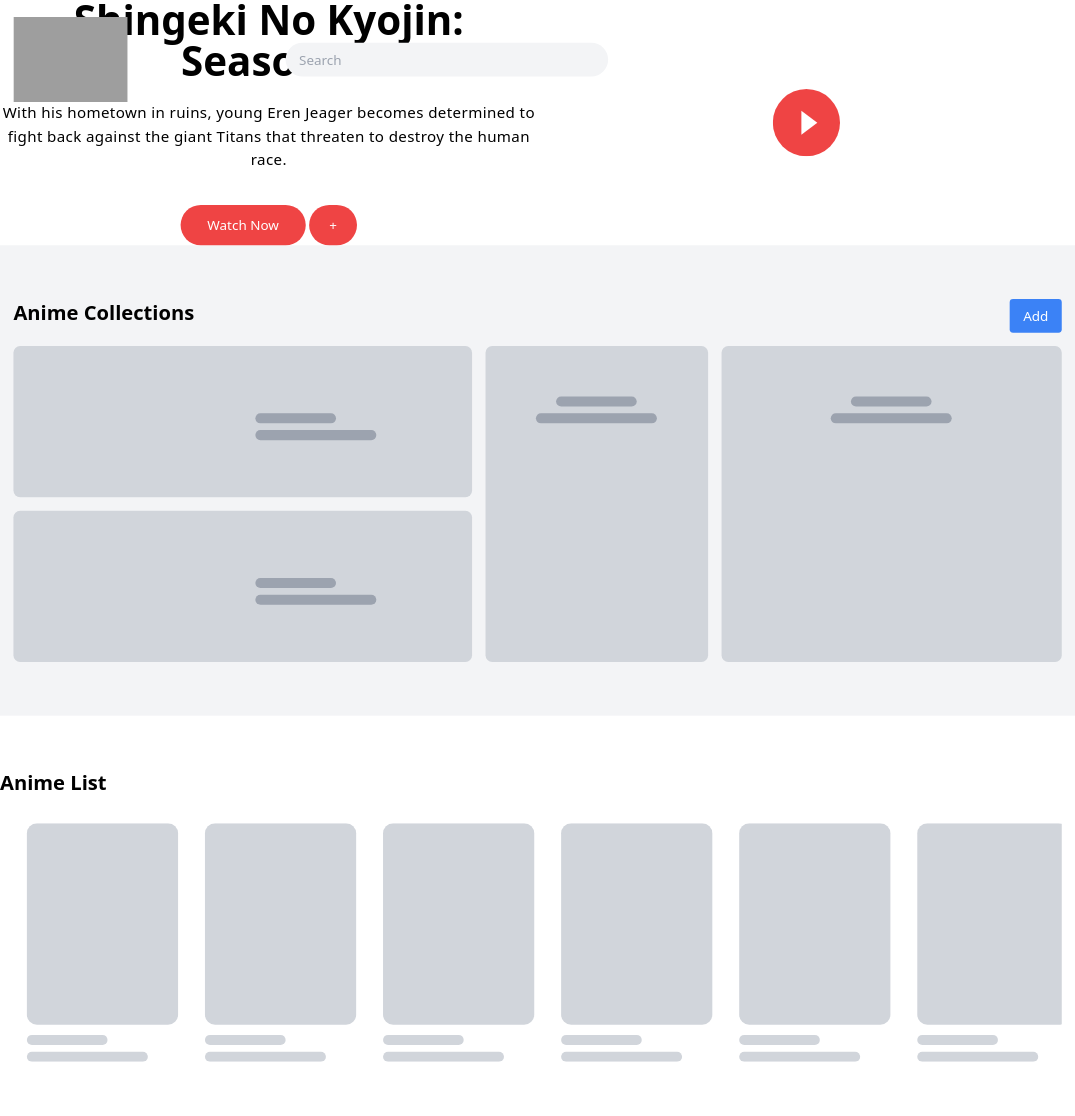
Repository: farrelmuhammad/anime-collections
Page: /
These files come from the project's save history. The page is drawn as it stood at one moment and after the next save; the edit follows.
The browser window is 1280 px wide. The pictures show the whole page, at 84% of full size.
Pictures or frames that could not be fetched are drawn as grey boxes. The page's requests for data from a server got no answer. The project was rebuilt for these pictures with package versions that can differ from the ones it lists, and the page was loaded fresh each time. No one was signed in, and anything a server would have sent is missing. Also part of the build but not shown: src/App.css.

Above is the page before, as saved 2023-08-06 01:53:09.

After the next save:
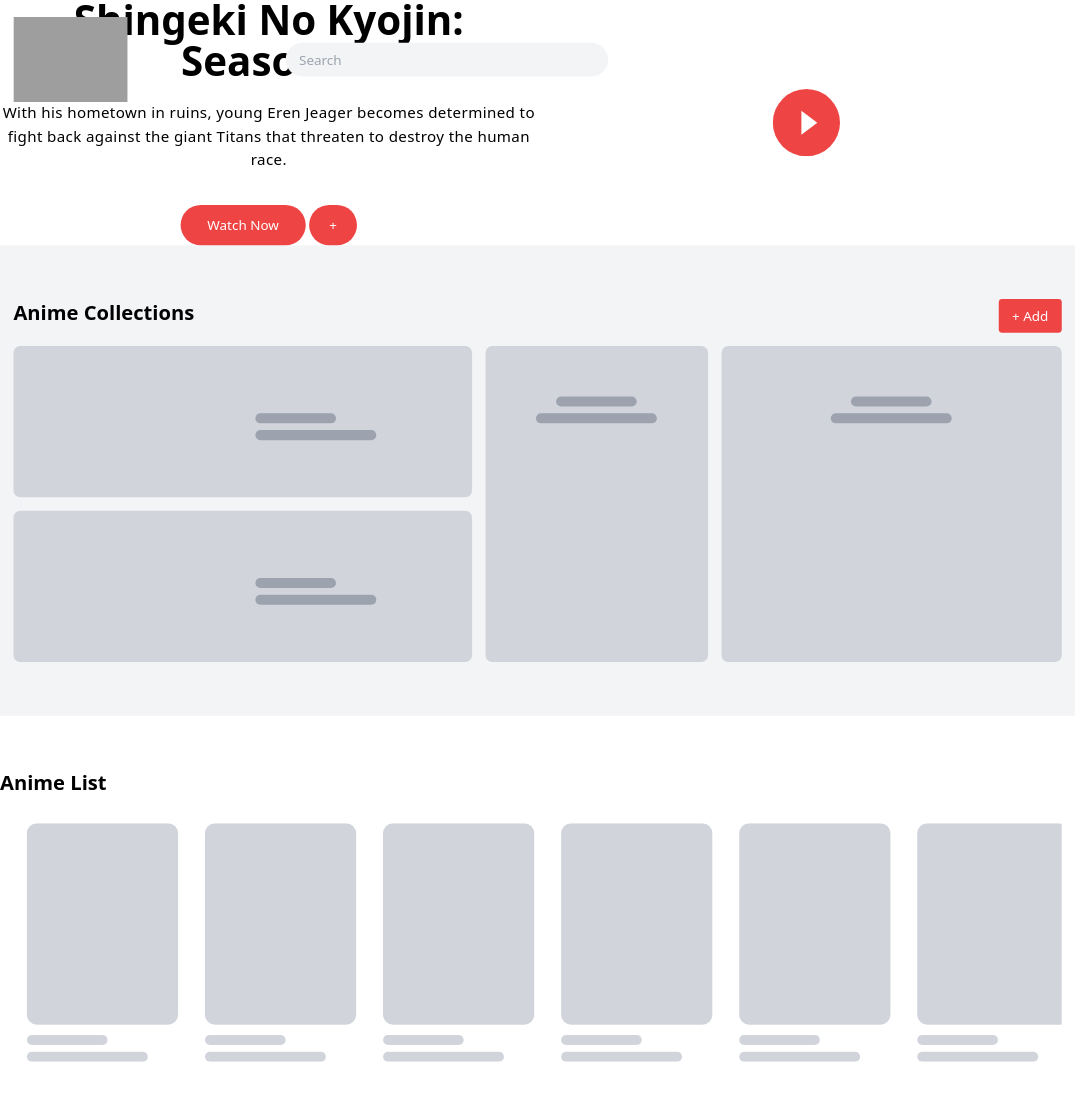
Saved 18 s later.
--- a/src/parts/Home/Categories.tsx
+++ b/src/parts/Home/Categories.tsx
@@ -109,8 +109,8 @@
                     <h3 className="text-2xl capitalize font-semibold">
                         Anime Collections
                     </h3>
-                    <button className="ml-auto bg-blue-500 text-white px-4 py-2 rounded">
-                        Add
+                    <button className="ml-auto bg-red-500 text-white px-4 py-2 rounded">
+                        + Add
                     </button>
                 </div>
 
